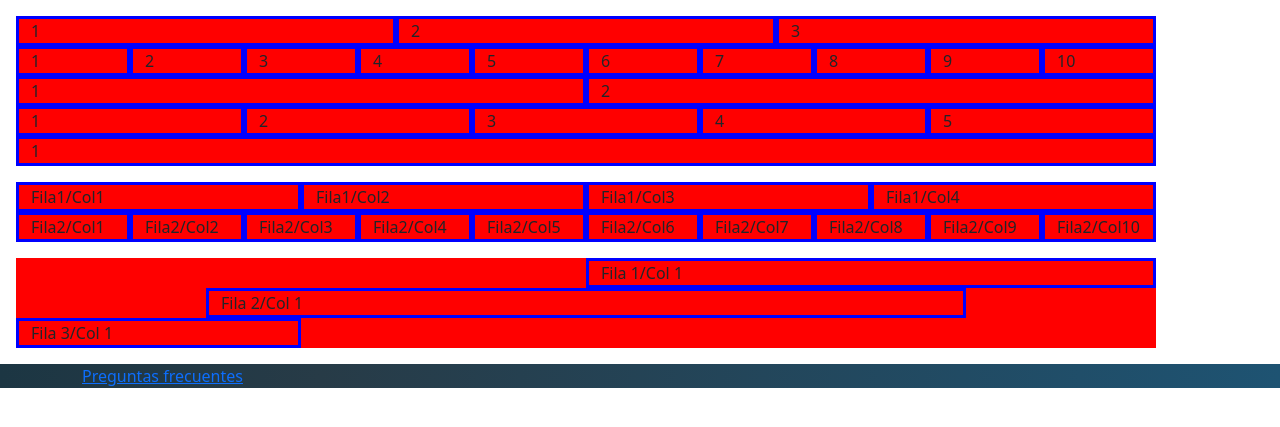
Repository: alexvl06/alexvl06.github.io
Page: index.html
These files come from the project's save history. The page is drawn as it stood at one moment and after the next save; the edit follows.
The browser window is 1280 px wide. The pictures show the whole page.

Above is the page before, as saved 2022-07-11 08:43:30.

### index.html
<!DOCTYPE html>
<html lang="en">
  <head>
    <meta charset="utf-8" />
    <meta name="viewport" content="width=device-width, initial-scale=1" />
    <title>Bootstrap demo</title>
    <link
      href="https://cdn.jsdelivr.net/npm/bootstrap@5.2.0-beta1/dist/css/bootstrap.min.css"
      rel="stylesheet"
      integrity="sha384-0evHe/X+R7YkIZDRvuzKMRqM+OrBnVFBL6DOitfPri4tjfHxaWutUpFmBp4vmVor"
      crossorigin="anonymous"
    />
    <link rel="stylesheet" href="index.css">
  </head>
  <body>
    <div class="container m-3" style="background: red">
      <div class="row">
        <div class="col" style="border: solid blue">1</div>
        <div class="col" style="border: solid blue">2</div>
        <div class="col" style="border: solid blue">3</div>
      </div>
      <div class="row">
        <div class="col" style="border: solid blue">1</div>
        <div class="col" style="border: solid blue">2</div>
        <div class="col" style="border: solid blue">3</div>
        <div class="col" style="border: solid blue">4</div>
        <div class="col" style="border: solid blue">5</div>
        <div class="col" style="border: solid blue">6</div>
        <div class="col" style="border: solid blue">7</div>
        <div class="col" style="border: solid blue">8</div>
        <div class="col" style="border: solid blue">9</div>
        <div class="col" style="border: solid blue">10</div>
      </div>
      <div class="row">
        <div class="col" style="border: solid blue">1</div>
        <div class="col" style="border: solid blue">2</div>
      </div>
      <div class="row">
        <div class="col" style="border: solid blue">1</div>
        <div class="col" style="border: solid blue">2</div>
        <div class="col" style="border: solid blue">3</div>
        <div class="col" style="border: solid blue">4</div>
        <div class="col" style="border: solid blue">5</div>
      </div>
      <div class="row">
        <div class="col" style="border: solid blue ;">1</div>
      </div>
    </div>

    <div class="container m-3" style="background: red;">
      <div class="row">
        <div class="col-6 col-md-3" style="border: solid blue;">Fila1/Col1</div>
        <div class="col-6 col-md-3" style="border: solid blue;">Fila1/Col2</div>
        <div class="col-6 col-md-3" style="border: solid blue;">Fila1/Col3</div>
        <div class="col-6 col-md-3" style="border: solid blue;">Fila1/Col4</div>
      </div>
      <div class="row">
        <div class="col-12 col-md-6 col-lg" style="border: solid blue;">Fila2/Col1</div>
        <div class="col-12 col-md-6 col-lg" style="border: solid blue;">Fila2/Col2</div>
        <div class="col-12 col-md-6 col-lg" style="border: solid blue;">Fila2/Col3</div>
        <div class="col-12 col-md-6 col-lg" style="border: solid blue;">Fila2/Col4</div>
        <div class="col-12 col-md-6 col-lg" style="border: solid blue;">Fila2/Col5</div>
        <div class="col-12 col-md-6 col-lg" style="border: solid blue;">Fila2/Col6</div>
        <div class="col-12 col-md-6 col-lg" style="border: solid blue;">Fila2/Col7</div>
        <div class="col-12 col-md-6 col-lg" style="border: solid blue;">Fila2/Col8</div>
        <div class="col-12 col-md-6 col-lg" style="border: solid blue;">Fila2/Col9</div>
        <div class="col-12 col-md-6 col-lg" style="border: solid blue;">Fila2/Col10</div>
      </div>
    </div>

    <div class="container m-3" style="background: red;">
      <div class="row">
        <div class="col-12 col-md-6 offset-md-6" style="border: solid blue">Fila 1/Col 1</div>
      </div>
      <div class="row">
        <div class="col-8 offset-md-2" style="border: solid blue">Fila 2/Col 1</div>
      </div>
      <div class="row">
        <div class="col-3 offset-9 offset-md-0" style="border: solid blue">Fila 3/Col 1</div></div>
    </div>

    <footer id="footer">
      <div class="container">
        <div class="row">
          <div class="col">
            <a href="#">Preguntas frecuentes</a>
          </div>
        </div>
      </div>
    </footer>
    <script
      src="https://cdn.jsdelivr.net/npm/bootstrap@5.2.0-beta1/dist/js/bootstrap.bundle.min.js"
      integrity="sha384-pprn3073KE6tl6bjs2QrFaJGz5/SUsLqktiwsUTF55Jfv3qYSDhgCecCxMW52nD2"
      crossorigin="anonymous"
    ></script>
  </body>
</html>

### index.css
#footer{
  background: linear-gradient(90deg, #1c3643, #273b47 25%, #1e5372)
}

After the next save:
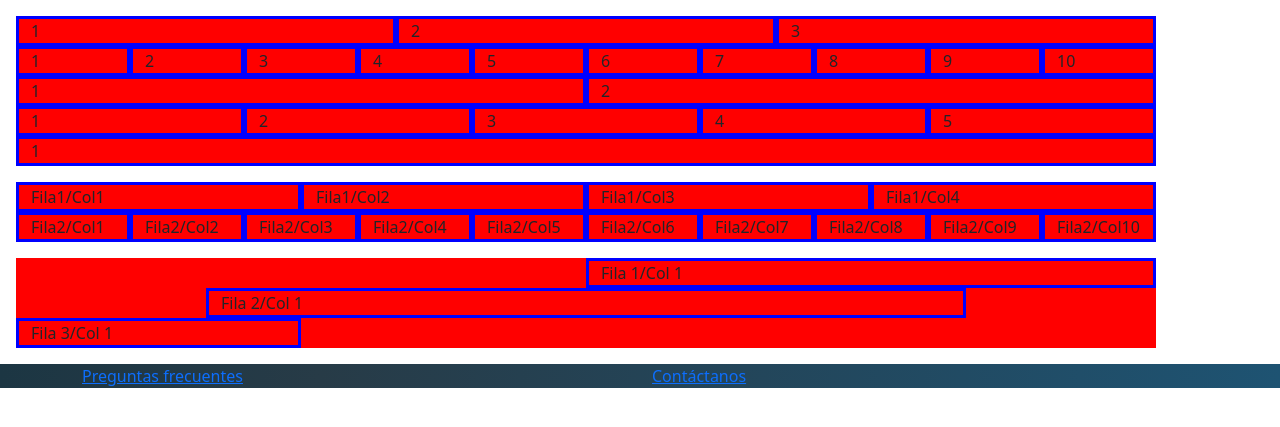
Saved 50 s later.
--- a/index.html
+++ b/index.html
@@ -85,6 +85,9 @@
           <div class="col">
             <a href="#">Preguntas frecuentes</a>
           </div>
+          <div class="col">
+            <a href="#">Contáctanos</a>
+          </div>
         </div>
       </div>
     </footer>
